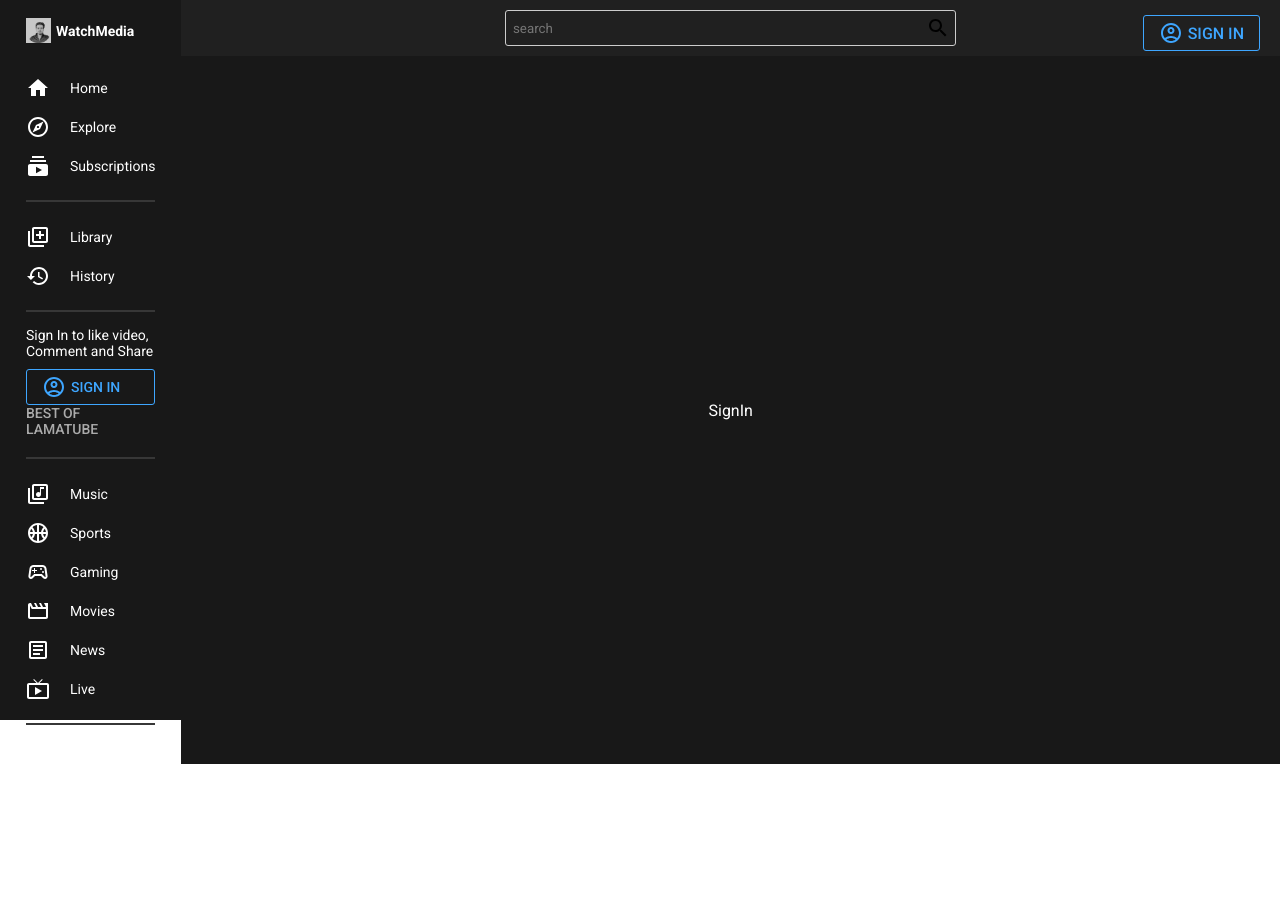
Repository: inzamamahmad3/final-year-project-skeleton
Page: /signin
These files come from the project's save history. The page is drawn as it stood at one moment and after the next save; the edit follows.
The browser window is 1280 px wide. The pictures show the whole page.
The project was rebuilt for these pictures with package versions that can differ from the ones it lists, and the page was loaded fresh each time. Also part of the build but not shown: src/components/Card.jsx, src/pages/Home.jsx, src/components/Comment.jsx, src/components/Comments.jsx, src/pages/Video.jsx.

Above is the page before, as saved 2023-07-21 23:50:33.

After the next save:
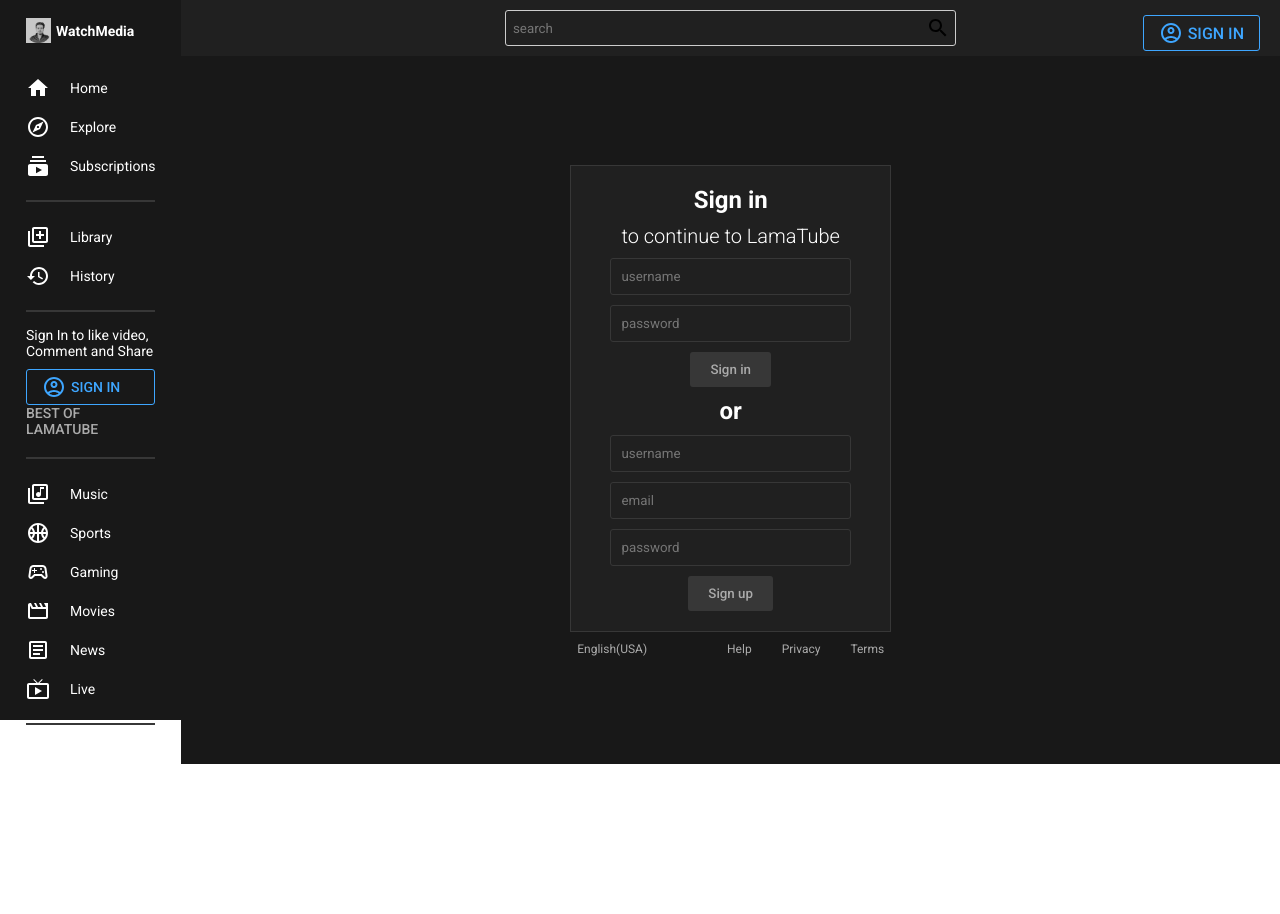
Saved 6 min 9 s later.
--- a/src/pages/SignIn.jsx
+++ b/src/pages/SignIn.jsx
@@ -29,8 +29,65 @@ const SubTitle = styled.h2`
   font-weight: 300;
 `;
 
+const Input = styled.input`
+  border: 1px solid ${({ theme }) => theme.soft};
+  border-radius: 3px;
+  padding: 10px;
+  background-color: transparent;
+  width: 100%;
+  color: ${({ theme }) => theme.text};
+`;
+
+const Button = styled.button`
+  border-radius: 3px;
+  border: none;
+  padding: 10px 20px;
+  font-weight: 500;
+  cursor: pointer;
+  background-color: ${({ theme }) => theme.soft};
+  color: ${({ theme }) => theme.textSoft};
+`;
+
+const More = styled.div`
+  display: flex;
+  margin-top: 10px;
+  font-size: 12px;
+  color: ${({ theme }) => theme.textSoft};
+`;
+
+const Links = styled.div`
+  margin-left: 50px;
+`;
+
+const Link = styled.span`
+  margin-left: 30px;
+`;
+
 const SignIn = () => {
-  return <Container>SignIn</Container>;
+  return (
+    <Container>
+      <Wrapper>
+        <Title>Sign in</Title>
+        <SubTitle>to continue to LamaTube</SubTitle>
+        <Input placeholder="username" />
+        <Input type="password" placeholder="password" />
+        <Button>Sign in</Button>
+        <Title>or</Title>
+        <Input placeholder="username" />
+        <Input placeholder="email" />
+        <Input type="password" placeholder="password" />
+        <Button>Sign up</Button>
+      </Wrapper>
+      <More>
+        English(USA)
+        <Links>
+          <Link>Help</Link>
+          <Link>Privacy</Link>
+          <Link>Terms</Link>
+        </Links>
+      </More>
+    </Container>
+  );
 };
 
 export default SignIn;
